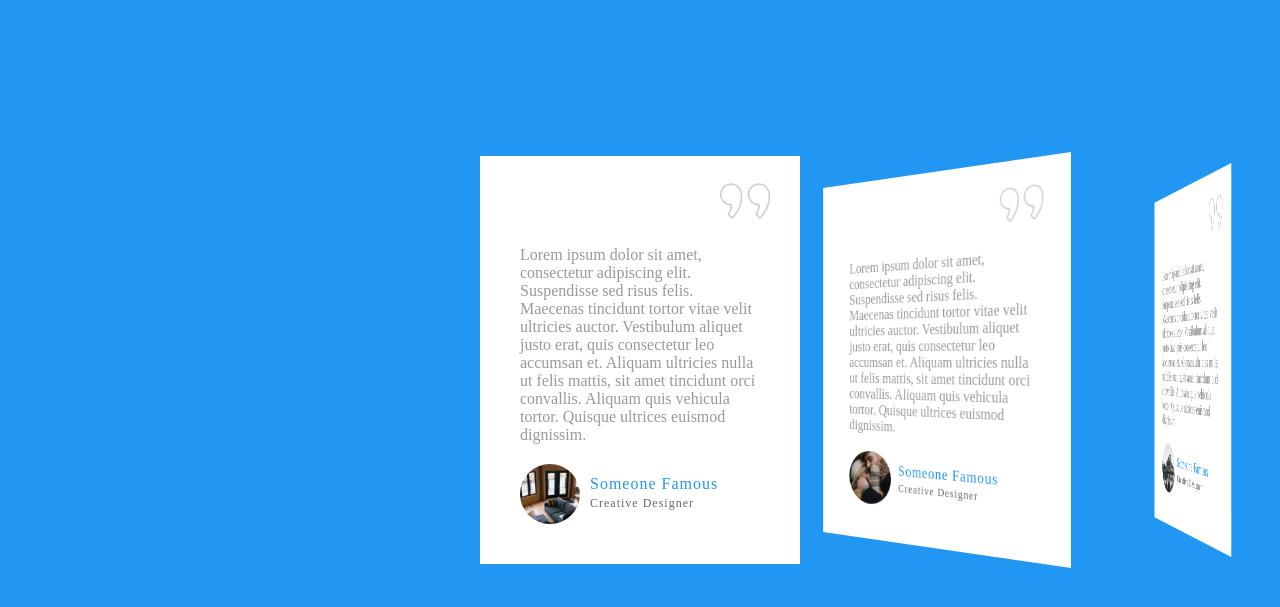
Repository: honghyunAhn/DailyFront
Page: Day210209_Responsive_Client_Testimonial_Section/index.html
An editor plug-in stored every save of this project. The page is shown before and after the next save, followed by the edit.
The browser window is 1280 px wide. The pictures show the whole page.

Above is the page before, as saved 2021-02-10 22:23:51.

After the next save:
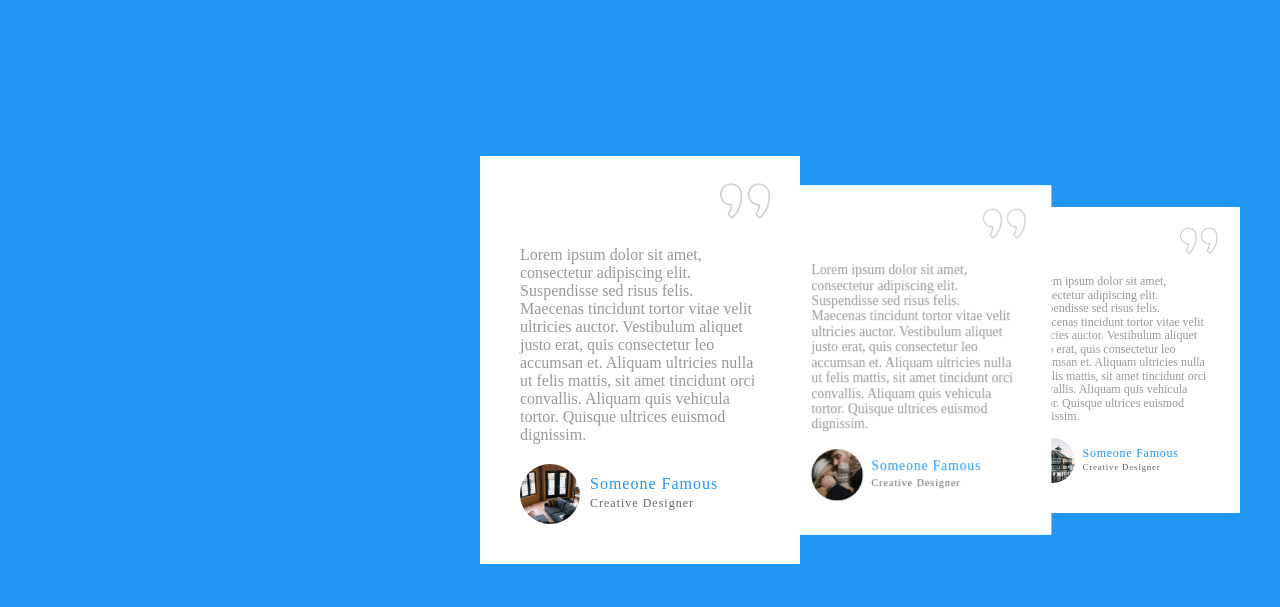
Saved 45 s later.
--- a/Day210209_Responsive_Client_Testimonial_Section/index.html
+++ b/Day210209_Responsive_Client_Testimonial_Section/index.html
@@ -80,10 +80,10 @@
             centeredSlides: true,
             slidesPerView: 'auto',
             coverflowEffect: {
-                rotate: 50,
+                rotate: 0,
                 stretch: 0,
                 depth: 100,
-                modifier: 1,
+                modifier: 2,
                 slideShadows: true,
             },
             pagination: {
